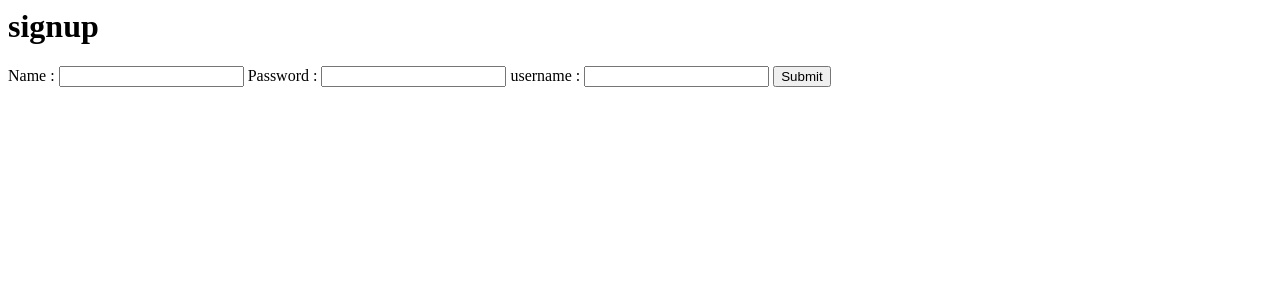
Repository: achilep/catalog_projet
Page: http://localhost/catalog_projet/Signup.ca
The author's editor kept a copy of each file at every save. The page is drawn from the files as they stood at one save, then again after the next save.
The browser window is 1280 px wide. The pictures show the whole page.
The page is served by Tomcat 9.

Above is the page before, as saved 2019-08-28 08:23:18.

After the next save:
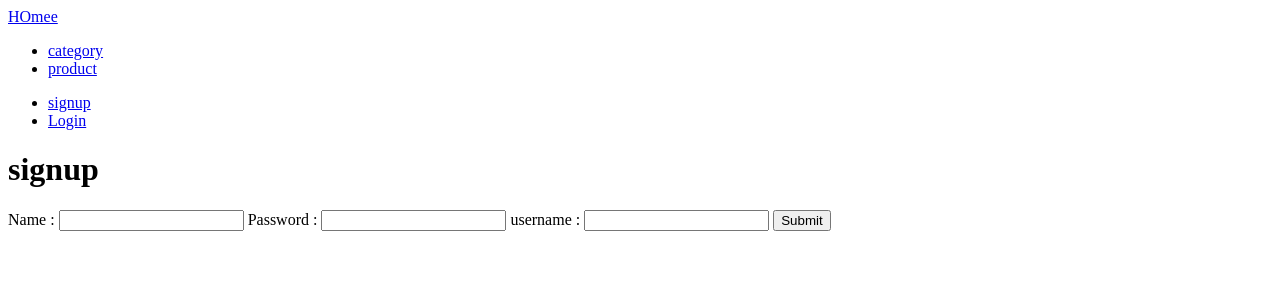
Saved 72 s later.
--- a/catalog_projet/src/main/webapp/WEB-INF/views/Signup.jsp
+++ b/catalog_projet/src/main/webapp/WEB-INF/views/Signup.jsp
@@ -3,6 +3,22 @@
   <title>Yahoo!!</title>
   </head>
     <body>
+     <nav class="navbar navbar-default">
+
+		<a href="/welcome.ca" class="navbar-brand">HOmee</a>
+        <ul class="nav navbar-nav">
+			<li class="active"><a href="/addcategory.ca">category</a></li>
+			<li><a href="/addproduct.ca">product</a></li>
+
+		</ul>
+        <ul class="nav navbar-nav navbar-right">
+        <li><a href="/Signup.ca">signup</a></li>
+			<li><a href="/Login.ca">Login</a></li>
+		</ul>
+
+	</nav>
+
+        <div class="container">
 
    <H1>signup </H2>
       <p><font color="red">${errorMessage}</font></p>
@@ -13,5 +29,6 @@
 		  <input type="submit" value="Submit">
 	</form>
 	</div>
+	</div>
  </body>
 </html>
